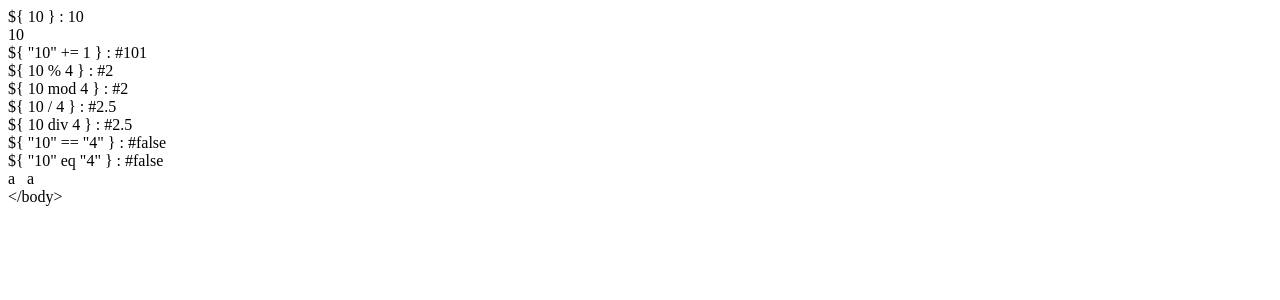
Repository: SeongYeonYun/HUMAN_SQL1
Page: http://localhost/proj4-jsp/el_3.jsp
The author's editor kept a copy of each file at every save. The page is drawn from the files as they stood at one save, then again after the next save.
The browser window is 1280 px wide. The pictures show the whole page.
The page is served by Tomcat 9.

Above is the page before, as saved 2025-08-22 01:09:14.

After the next save:
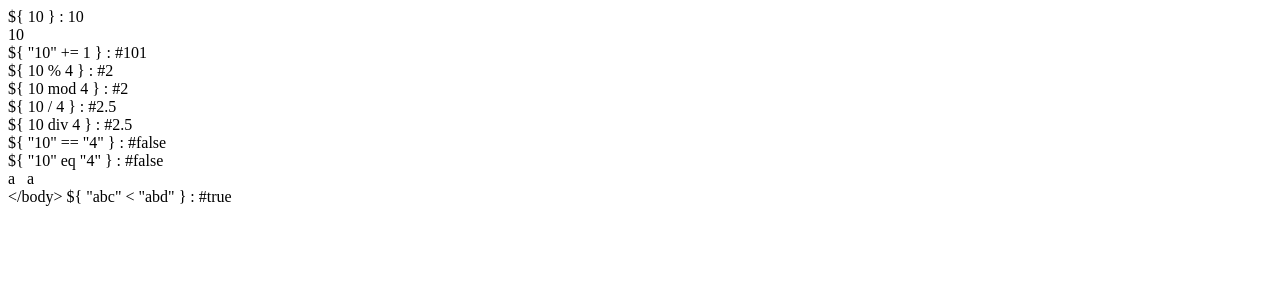
Saved 111 s later.
--- a/workspace_java/proj4-jsp/src/main/webapp/el_3.jsp
+++ b/workspace_java/proj4-jsp/src/main/webapp/el_3.jsp
@@ -30,11 +30,11 @@
 \${ "10" eq "4" } : #${  "10" eq "4" } <br>
 a&nbsp;&nbsp; a<br>
 
-&lt;/body&gt
+&lt;/body&gt <!-- 태그 출력하는법 -->
 
 <!-- ne : 같지 않다. not (eq), gt : 크다 작다, nbsp : 띄어쓰기   -->
 
-
+\${ "abc" < "abd" } : #${ "abc" < "abd" } <br>
 
 
 </body>
